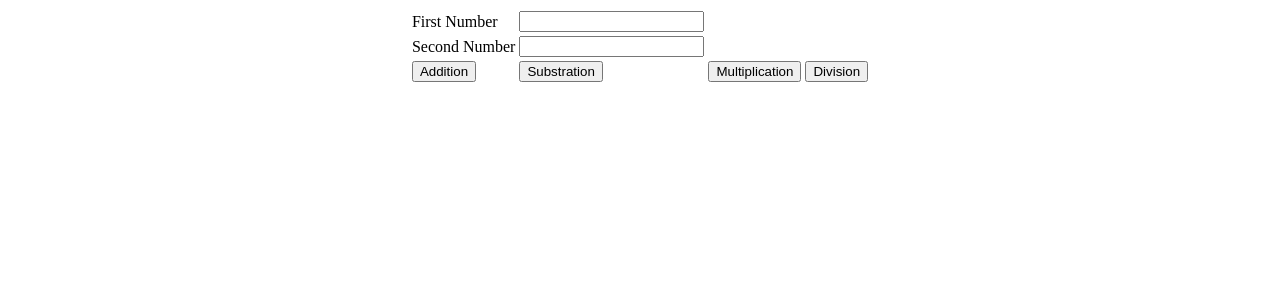
Repository: babududekula/Spring-Course-4.X-Version
Page: http://localhost/Jsp/classA.jsp
These files come from the project's save history. The page is drawn as it stood at one moment and after the next save; the edit follows.
The browser window is 1280 px wide. The pictures show the whole page.
The page is served by Tomcat 9.

Above is the page before, as saved 2023-02-06 17:06:52.

After the next save:
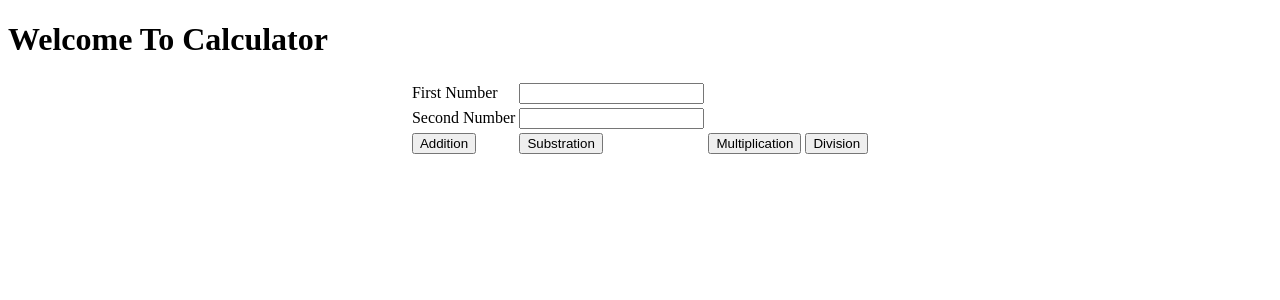
Saved 27 s later.
--- a/Maven Projects/Jsp/src/main/webapp/classA.jsp
+++ b/Maven Projects/Jsp/src/main/webapp/classA.jsp
@@ -7,6 +7,7 @@
 <title>Insert title here</title>
 </head>
 <body>
+<h1>Welcome To Calculator</h1>
 <form action="classB.jsp" method="get">
 
 <table align="center">
